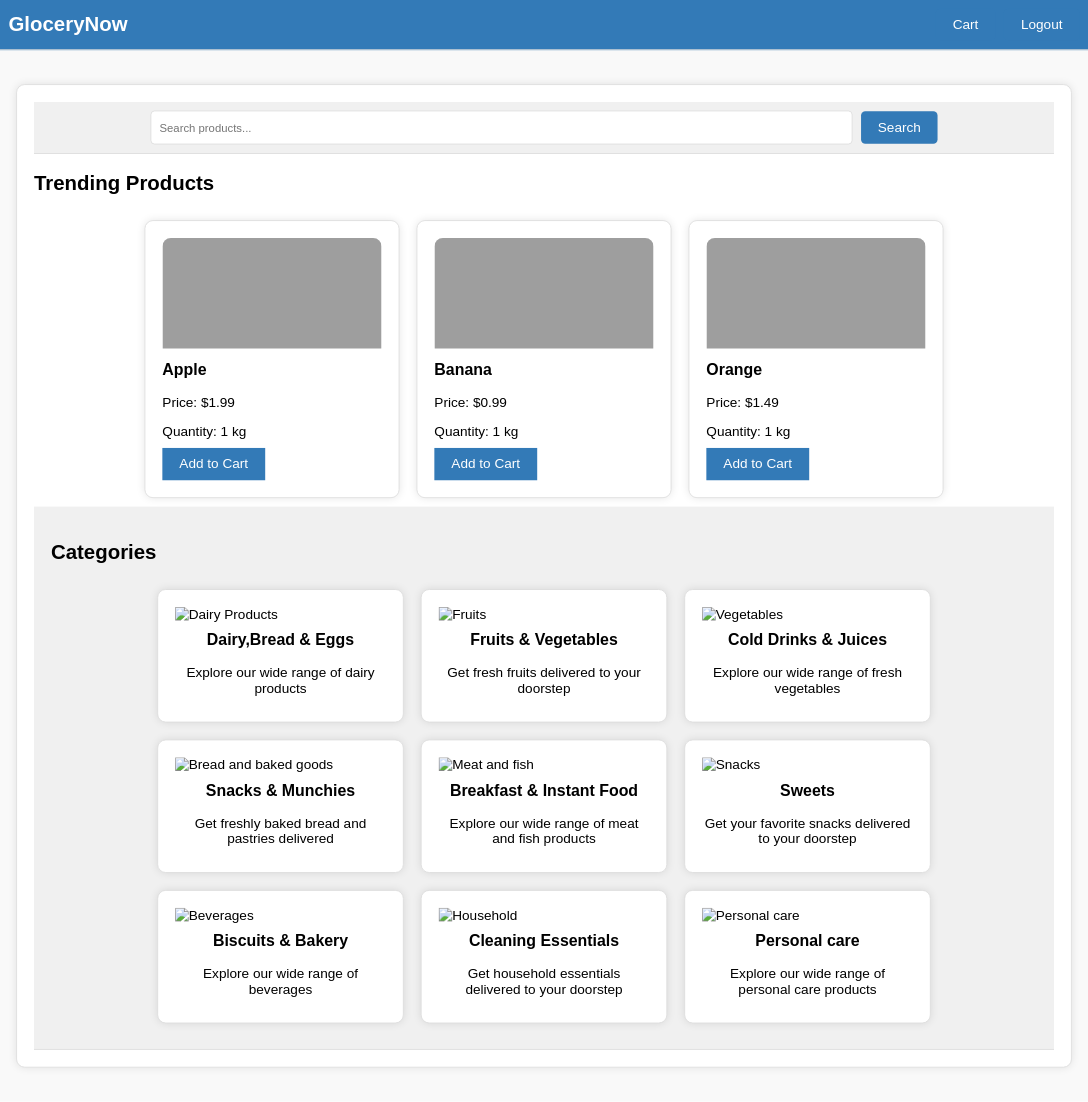
Repository: shamchiwade/GroceryNow
Page: http://localhost/ShopManagement/home.jsp
These files come from the project's save history. The page is drawn as it stood at one moment and after the next save; the edit follows.
The browser window is 1280 px wide. The pictures show the whole page, at 85% of full size.
Pictures or frames that could not be fetched are drawn as grey boxes. The page is served by Tomcat 10. Nobody is signed in. The application's start-up code is not run.

Above is the page before, as saved 2024-10-11 12:34:27.

After the next save:
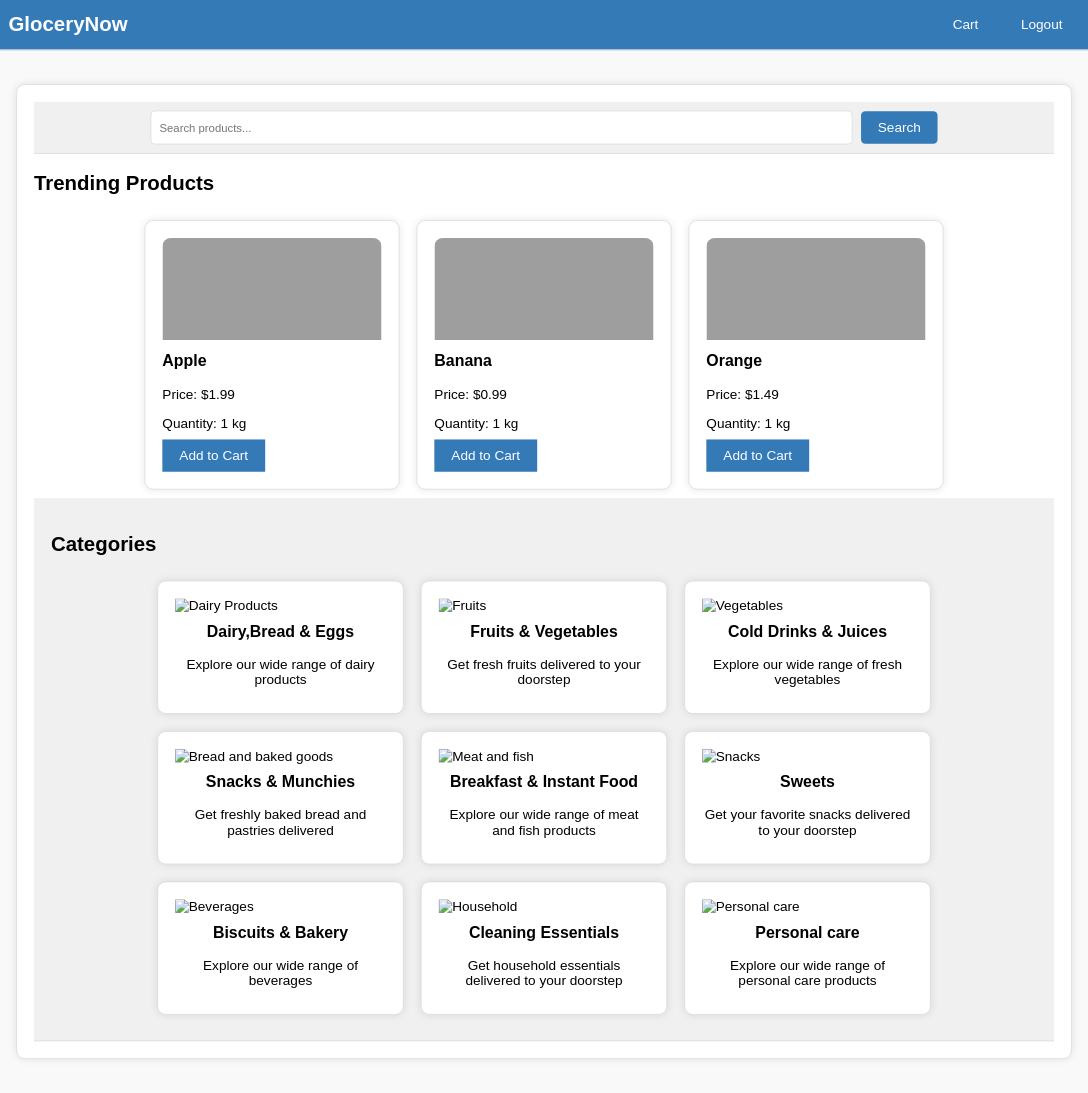
Saved 17 s later.
--- a/ShopManagement/src/main/webapp/home.jsp
+++ b/ShopManagement/src/main/webapp/home.jsp
@@ -173,7 +173,7 @@ body {
 
 .trending-products .card img {
 	width: 100%;
-	height: 130px;
+	height: 120px;
 	object-fit: cover;
 	border-radius: 10px 10px 0 0;
 }
